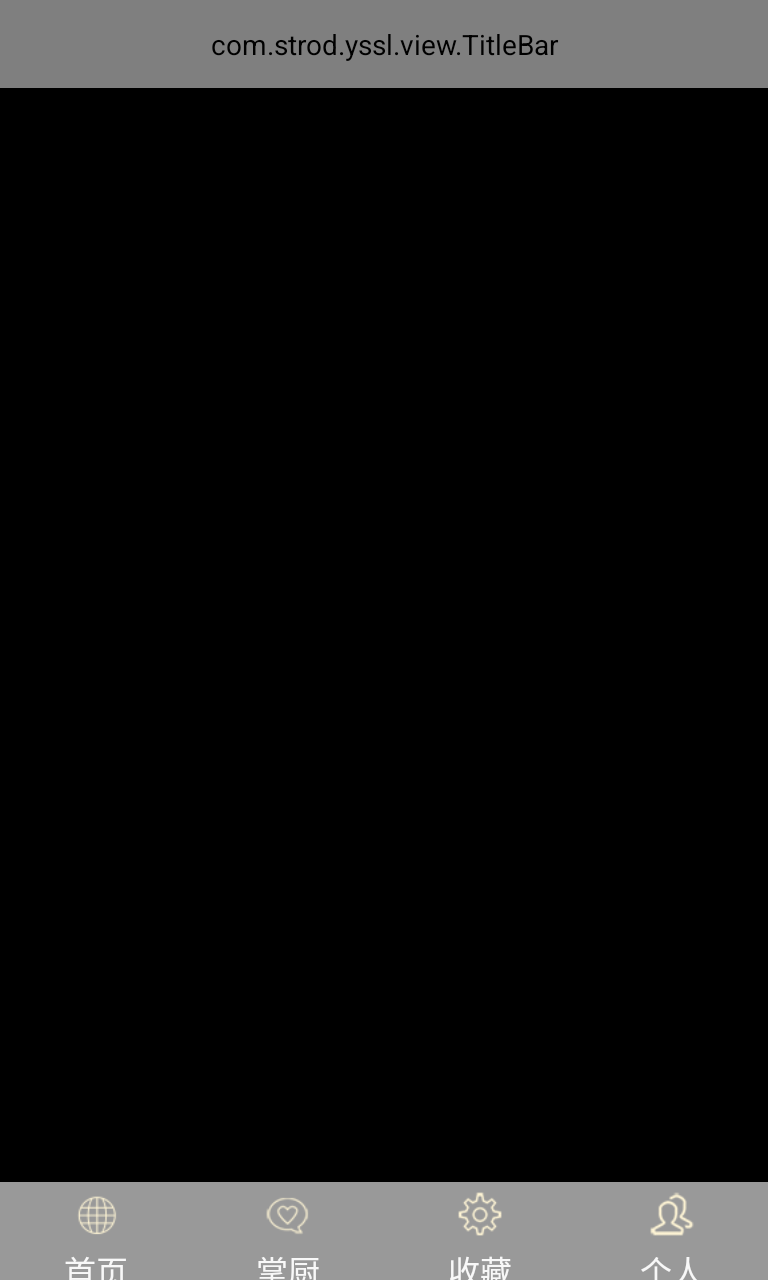
Repository: duyuan199010/atangge
Layout: yssl/res/layout/activity_main.xml
The author's editor kept a copy of each file at every save. The layout is drawn from the files as they stood at one save, then again after the next save.
Pictures or frames that could not be fetched are drawn as grey boxes. It is drawn on a 768 x 1280 px phone screen (xhdpi) without system bars, with theme Theme.PageIndicatorDefaults; the app's code is not run.

Above is the layout before, as saved 2015-08-11 12:27:36.

After the next save:
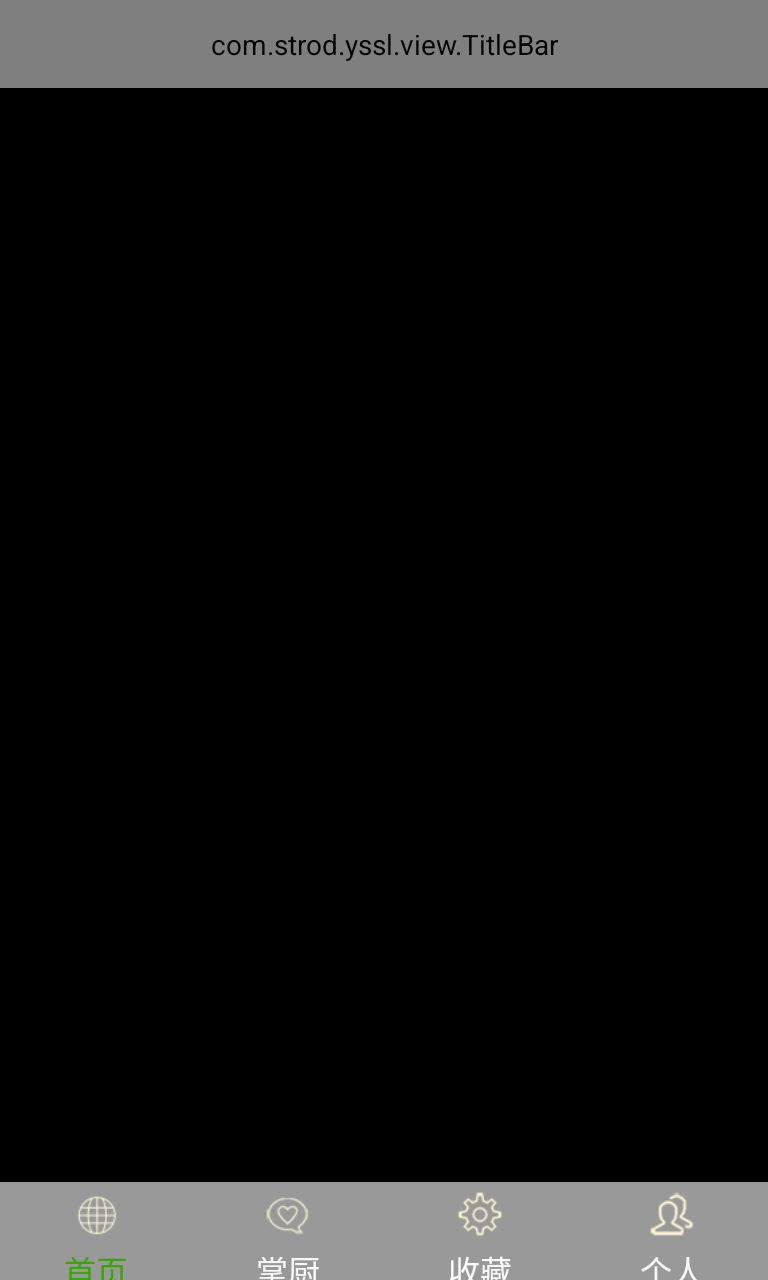
Saved 2 min 10 s later.
--- a/yssl/res/layout/activity_main.xml
+++ b/yssl/res/layout/activity_main.xml
@@ -37,6 +37,7 @@
             android:button="@null"
             android:drawableTop="@drawable/all_news"
             android:gravity="center"
+            android:checked="true"
             android:text="@string/main_index" />
 
         <RadioButton
